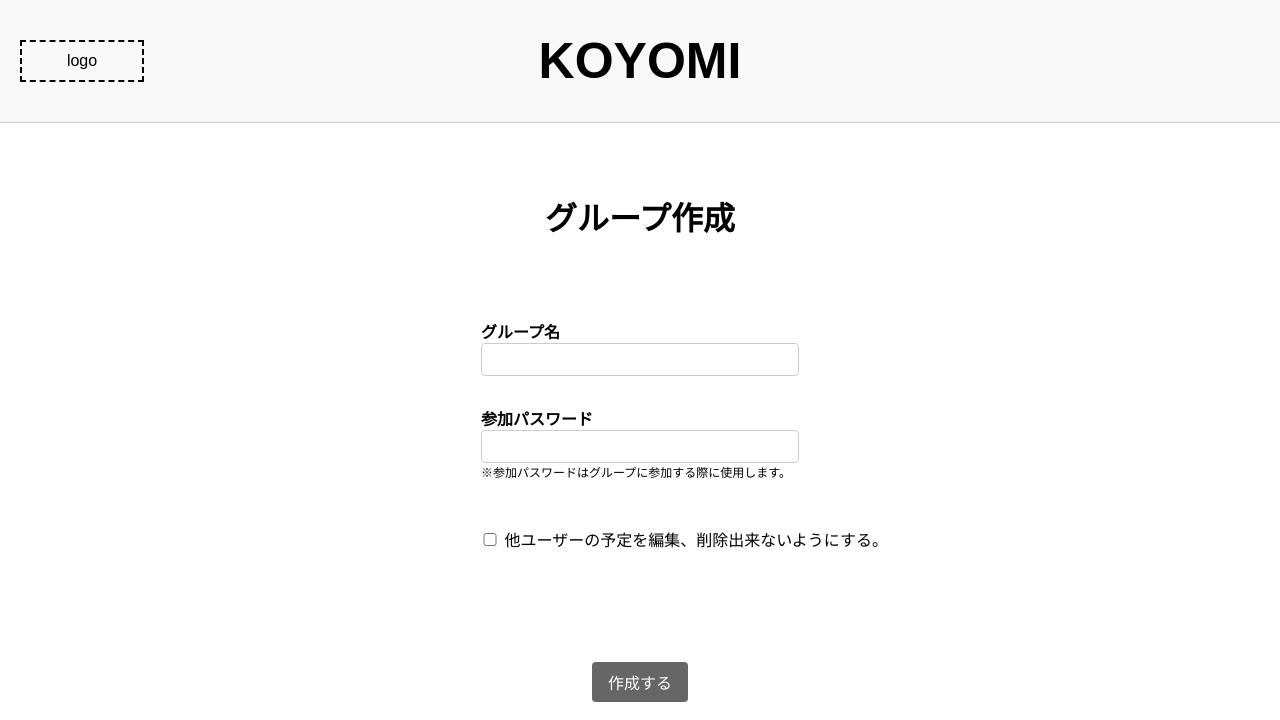
Repository: teramu0602/koyomi
Page: http://localhost/groups
The author's editor kept a copy of each file at every save. The page is drawn from the files as they stood at one save, then again after the next save.
The browser window is 1280 px wide. The pictures show the whole page.
Some web fonts or font styles are not loaded; a fallback is used. The page is served by the project's Laravel application, run on PHP 8.4 with Laravel 9. Other server files are loaded and not shown.

Above is the page before, as saved 2025-05-06 09:50:57.

### routes/web.php
<?php

use Illuminate\Support\Facades\Route;
use App\Http\Controllers\CalendarController;
use App\Http\Controllers\PostController;
use App\Http\Controllers\Auth\LoginController;
use App\Http\Controllers\Auth\RegisterController;
use Illuminate\Support\Facades\Auth;
use App\Http\Controllers\CreateGroupController;
use App\Http\Controllers\JoinController;
use App\Http\Controllers\GroupController;
use App\Http\Controllers\ScheduleController;

/*
|--------------------------------------------------------------------------
| Web Routes
|--------------------------------------------------------------------------
|
| Here is where you can register web routes for your application. These
| routes are loaded by the RouteServiceProvider within a group which
| contains the "web" middleware group. Now create something great!
|
*/

Route::get('/', function () {
    return view('welcome');
});

Route::get('/admin', function () {
    return view('layouts/admin_calender');
});



Route::post('/register', [RegisterController::class, 'register'])->name('register');


//ログイン状態を見て、用意したログインページへいく
Route::post('/custom-login', [LoginController::class, 'login'])->name('custom.login.submit');
Route::get('/custom-login', function () {
    return view('admin/login');
})->name('custom.login');

Route::get('/signup', function () {
    return view('admin/signup');
});

Route::get('/admin/home', function () {
    return view('calender/home');
});

Route::get('/calendar', [CalendarController::class, 'index'])
    ->name('calendar')
    ->middleware('auth');


Route::get('/group_home',function () {
    return view('calender.group_home');
})->name('grouphome');
Route::get('/group_home/{id}', [GroupController::class, 'show'])->name('group.home');
Route::get('/group_home/{id}/{year}/{month}', [GroupController::class, 'show'])->name('admin.group.calendar.show');

Route::get('/admin/home', [CalendarController::class, 'index']);
Route::get('/admin/home/{year}/{month}', [CalendarController::class, 'show' ])->name('admin.calendar.show');


Route::get('/grouplist', [CreateGroupController::class, 'index'])->name('groups.list');
Route::delete('/groups/{group}/leave', [GroupController::class, 'leaveGroup'])->name('groups.leave');

Route::get('/create_group', function () {
    return view('admin/create_group');
});

//カレンダーグループ作成
Route::post('/groups', [CalendarController::class, 'store'])->name('groups.store');
Route::get('/groups', function () {
    return view('admin/create_group');
})->name('groupcreate');

Auth::routes();

//ドロップダウンのログアウトでログインへ行く
Route::post('/logout', function () {
    Auth::logout();
    return redirect()->route('custom.login');
})->name('logout');


//ジョイン画面　試し
Route::post('/join', [JoinController::class, 'store'])->name('join.store');
Route::get('/join', function () {
    return view('admin.join_group');
})->name('groupjoin');

Route::get('/groups/{group}/edit', [GroupController::class, 'edit'])->name('groups.edit');
Route::put('/groups/{group}', [GroupController::class, 'update'])->name('groups.update');
Route::delete('/groups/{group}/users/{user}', [GroupController::class, 'removeUser'])->name('groups.removeUser');



Route::get('/edit', function () {
    return view('admin.edit_group');
})->name('groupedit');

//スケジュール作成画面
Route::get('/create_schedule', function () {
    return view('admin/create_schedule');
})->name('createschedule');
Route::post('/create_schedule/store', [ScheduleController::class, 'store'])->name('schedule.store');
//グループ用のスケジュール作成画面
Route::get('/create_schedule_group/{group_id}', [CalendarController::class, 'groupCalendarAdd'])->name('groupCalendarAdd');

Route::post('/create_schedule/store/group', [ScheduleController::class, 'storeGroup'])->name('group.schedule.store');

//show1 名前変更
Route::get('/event/{id}', [GroupController::class, 'showEvent'])->name('group.details');

// 編集画面の表示（フォームを出す）
Route::get('/event/{id}/edit', [ScheduleController::class, 's_edit'])->name('group.edit');

// 編集内容を保存する（フォーム送信先）
Route::put('/event/{id}', [ScheduleController::class, 's_update'])->name('group.update');


Route::delete('/event/{id}', [ScheduleController::class, 'destroy'])->name('group.destroy');

### resources/views/admin/create_group.blade.php
@extends('layouts.admin_calender')
@section('title', 'グループ作成')

@section('content')

    <h1 class="h1">グループ作成</h1>
    <div class="joinctn">
    <form class="form" action="{{ route('groups.store') }}" method="POST">
        @csrf
        <div>
            <label for="group_name">グループ名</label>
            </br>
            <input type="text" id="group_name" name="group_name" required>
        </div>

        <div>
            <label for="join_id">参加パスワード</label>
            </br>
            <input type="number" id="join_id" name="join_id" required>
            </br>
            <p class="p_c">※参加パスワードはグループに参加する際に使用します。</p>
        </div>
        <div class="w400">
            <p>
                <input class = "check_box" type="checkbox" id="edit_flg" name="edit_flg" value="1">
                <label class="label_n" for="edit_flg">他ユーザーの予定を編集、削除出来ないようにする。</label>
            </p>
        </div>
        </div>
        <button type="submit">作成する</button>
    </form>
        @error('group_name')
            <p style="color: red;">{{ $message }}</p>
        @enderror
        @error('join_id')
            <p style="color: red;">{{ $message }}</p>
        @enderror
@endsection

### resources/views/layouts/admin_calender.blade.php
<!DOCTYPE html>
<html lang="{{ app()->getLocale() }}">

<head>
    <meta charset="utf-8">
    <meta http-equiv="X-UA-Compatible" content="IE=edge">
    <meta name="viewport" content="width=device-width, initial-scale=1">
    <meta name="csrf-token" content="{{ csrf_token() }}">

    <title>@yield('title')</title>

    <script src="{{ asset('js/app.js') }}" defer></script>

    <link rel="dns-prefetch" href="https://fonts.gstatic.com">
    <link href="https://fonts.googleapis.com/css?family=Raleway:300,400,600" rel="stylesheet" type="text/css">

    <link href="{{ asset('css/admin.css') }}" rel="stylesheet">

    @yield('css')


    <!-- ドロップダウンのｃｓｓ-->
<!-- <link href="https://cdnjs.cloudflare.com/ajax/libs/bootstrap/5.3.0/css/bootstrap.min.css" rel="stylesheet">  -->




</head>

<body>
    <header>
        <a class="logo" href="{{ route('calendar') }}">logo</a>
        <h1 class="service-name">KOYOMI</h1>
        @guest

        @else
        <li class="nav-item dropdown">
            <a id="navbarDropdown" class="nav-link dropdown-toggle" href="#" role="button" data-bs-toggle="dropdown" aria-haspopup="true" aria-expanded="false" v-pre>
                {{ Auth::user()->name }}
            </a>

            <div class="dropdown-menu dropdown-menu-end" aria-labelledby="navbarDropdown">
                <a class="dropdown-item" href="{{ route('logout') }}"
                    onclick="event.preventDefault();
                                                     document.getElementById('logout-form').submit();">
                    {{ __('ログアウト') }}
                </a>

                <form id="logout-form" action="{{ route('logout') }}" method="POST" class="d-none">
                    @csrf
                </form>
            </div>

        </li>
        @endguest

    </header>

    <main>
        @yield('content')
    </main>

    <footer>
        @yield('footer')
    </footer>

</body>

</html>

Loaded but not shown: app/Http/Controllers/Auth/ConfirmPasswordController.php (common file); app/Http/Controllers/Controller.php (common file); public/css/admin.css (497 lines, source omitted)

After the next save:
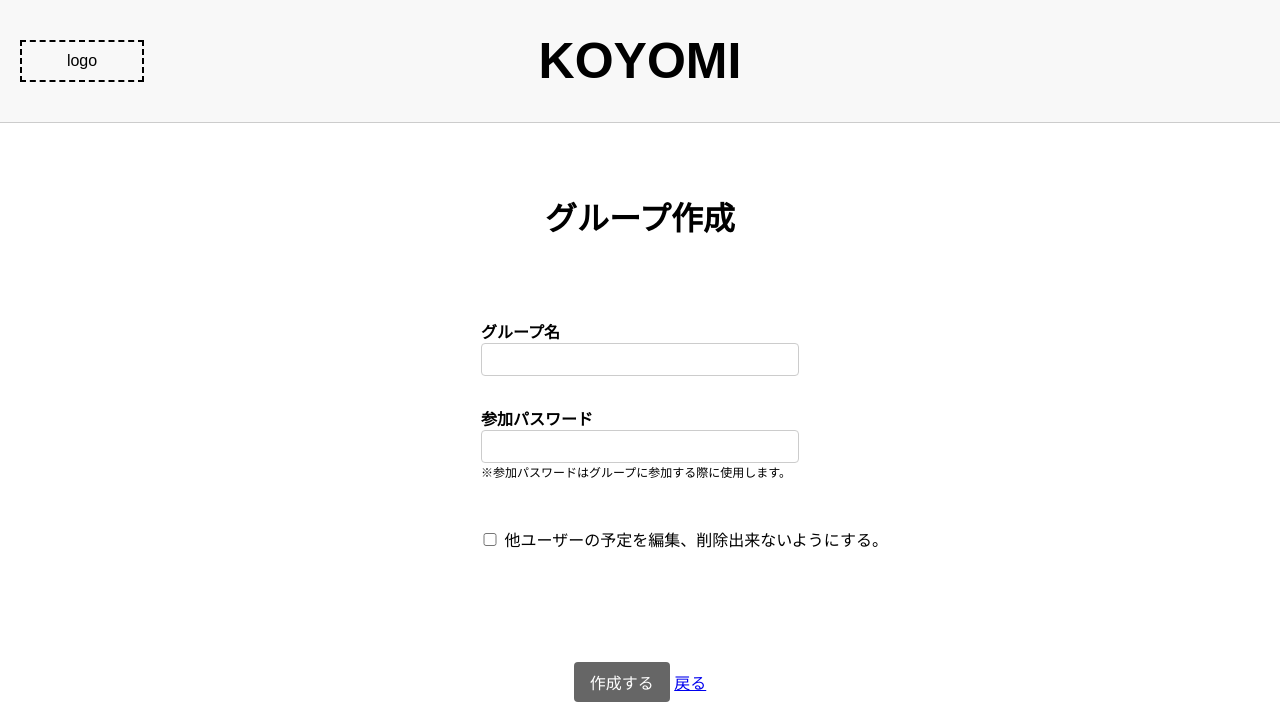
Saved 3 min 25 s later.
--- a/resources/views/admin/create_group.blade.php
+++ b/resources/views/admin/create_group.blade.php
@@ -29,6 +29,7 @@
         </div>
         <button type="submit">作成する</button>
     </form>
+    <a href="{{ url()->previous() }}">戻る</a>
         @error('group_name')
             <p style="color: red;">{{ $message }}</p>
         @enderror
